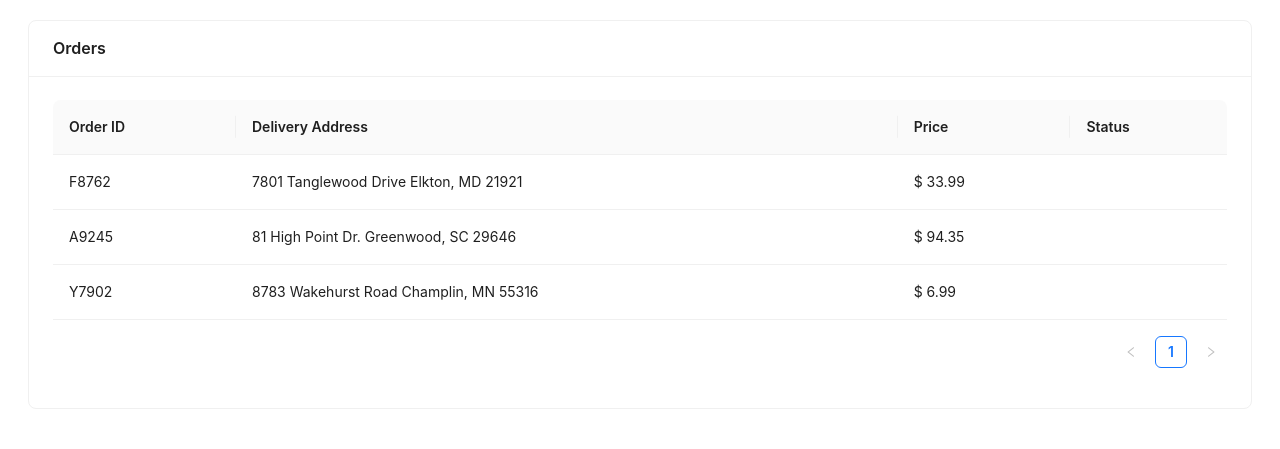
Repository: JamesPesenti/UberEatsDashboard
Page: /menu
The author's editor kept a copy of each file at every save. The page is drawn from the files as they stood at one save, then again after the next save.
The browser window is 1280 px wide. The pictures show the whole page.
The project was rebuilt for these pictures with package versions that can differ from the ones it lists, and the page was loaded fresh each time. Also part of the build but not shown: src/index.css, src/components/DetailedOrder.jsx.

Above is the page before, as saved 2023-02-25 07:54:31.

After the next save:
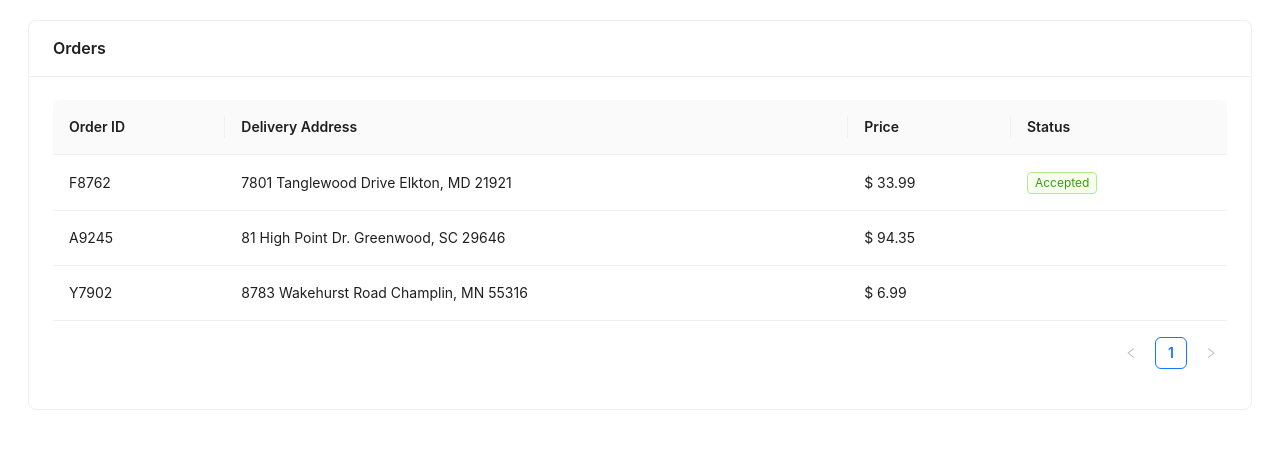
Saved 3 min 15 s later.
--- a/src/components/Orders.jsx
+++ b/src/components/Orders.jsx
@@ -4,7 +4,13 @@ import { Card, Table, Tag } from "antd"
 const Orders = () => {
 
     const renderOrderStatus = (orderStatus) => {
-        console.log(orderStatus)
+        if (orderStatus === "Accepted") {
+            return (
+            <Tag color={"green"}>
+                {orderStatus}
+            </Tag>
+            )
+        }
     }
 
     const tableColumns = [
